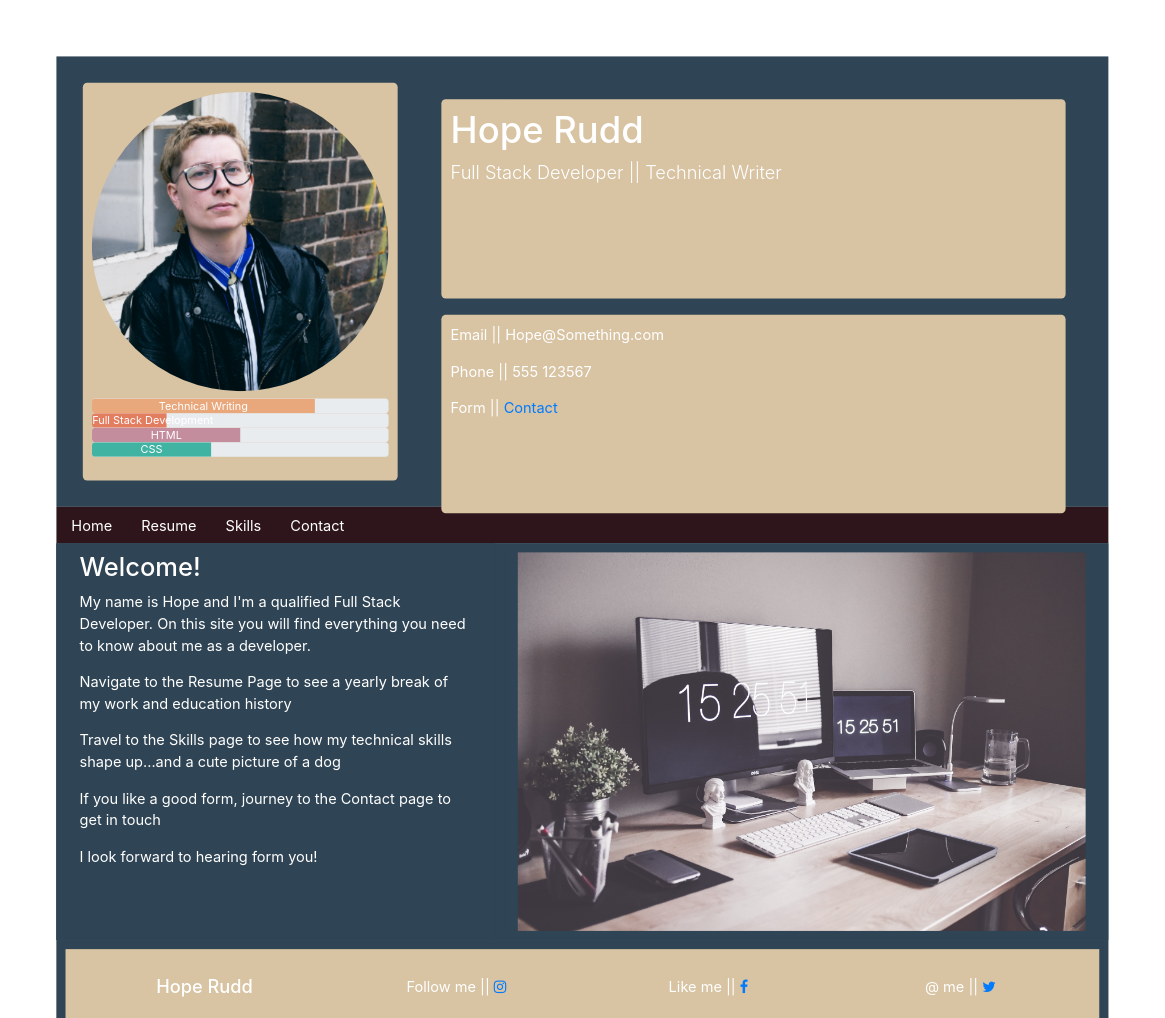
Repository: BleakTerrain/MilestoneProject-
Page: index.html
The author's editor kept a record of every edit. The page is drawn from the files as they stood at one moment, then again after the next edit.
The browser window is 1280 px wide. The pictures show the whole page, at 91% of full size.
Some web libraries are served in a nearby version.

Above is the page before.

### index.html
<html>

<head>
  <!-- Copied from UCB Resume code institue project -->

  <meta charset="UTF-8">
  <meta name="viewport" content="width=device-width, initial-scale=1.0">
  <meta http-equiv="X-UA-Compatible" content="ie=edge">
  <link rel="stylesheet" href="https://maxcdn.bootstrapcdn.com/bootstrap/4.2.1/css/bootstrap.min.css" type="text/css" />
  <link rel="stylesheet" href="https://maxcdn.bootstrapcdn.com/font-awesome/4.7.0/css/font-awesome.min.css" type="text/css" />
  <link rel="stylesheet" href="https://cdnjs.cloudflare.com/ajax/libs/hover.css/2.3.1/css/hover-min.css" type="text/css" />
  <link rel="stylesheet" href="assets/CSS/stylesheet.css" type="text/css" />
  <!-- Copied initial links end -->

  <title> Personal Portfolio</title>
</head>
<header>



</header>

<body>
<div class="intro-container">

 <!-------------------------Intro cards Started----------------------->
      <div class="row">
        <div class= "col-sm-4">
            <section class="jumbotron introtron">
          <img class="intro-image " src="BackgroundCodeInstitute.jpg" alt="Image not found">
           <div class="progress progess-index">
                <div class="progress-bar tech-writing " role="progressbar" aria-valuenow="40"
  aria-valuemin="0" aria-valuemax="100" style="width:75%">
  Technical Writing
  </div>
           </div>
            <div class="progress progess-index">
                <div class="progress-bar full-stack " role="progressbar" aria-valuenow="40"
  aria-valuemin="0" aria-valuemax="100" style="width:25%">
  Full Stack Development
  </div>
           </div>
             <div class="progress progess-index">
                <div class="progress-bar html" role="progressbar" aria-valuenow="40"
  aria-valuemin="0" aria-valuemax="100" style="width:50%">
  HTML
  </div>
           </div>
                <div class="progress progress-index">
                <div class="progress-bar css" role="progressbar" aria-valuenow="40"
  aria-valuemin="0" aria-valuemax="100" style="width: 40%">
  CSS
  </div>
           </div>
               </div>

               <div class="col-sm-8">
                 <div class="jumbotron name-card">
                <h1>Hope Rudd</h1>
                 <p class="lead ">Full Stack Developer || Technical Writer </p>
                 </div>

                  <section class= "jumbotron contact-card">
           <div class="row">
             <div class="col-sm-12">
            <p class="contact-info"> Email || Hope@Something.com</p>
            <p class="contact-info"> Phone || 555 123567</p>
            <p class="contact-info"> Form || <a href ="contact.html">Contact</a></p>
              </div>

</section>
        </section>
        </div>

      </div>
    </div>

</div>
<!-------------------------------Intro cards finished-------------------------------->
<!-------------------------------Nav bar started-------------------------------->
<!-- inspired by example at https://www.w3schools.com/bootstrap4/bootstrap_navs.asp -->
<ul class = " nav navbar-default">
            <li class="nav-item">
              <a class="nav-link" href="index.html">Home</a>
            </li>
            <li class="nav-item">
              <a class="nav-link" href="resume.html">Resume</a>
            </li>
            <li class="nav-item">
              <a class="nav-link" href="skills.html">Skills</a>
            </li>
            <li class="nav-item">
              <a class="nav-link" href="contact.html">Contact</a>
            </li>
          </ul>
<!-------------------------------Nav bar finished-------------------------------->
<!-------------------------------Bulk text started------------------------------->
    <section class="main-text container-fluid">
<div class="row">
  <div class="col-sm-5 main-text-box">
      <h3>Welcome!</h3> <i class="fas fa-door-open"></i>
      <p> My name is Hope and I'm a qualified Full Stack Developer. On this site you will find everything you need to know about me as a developer.</p>
      <p>Navigate to the Resume Page to see a yearly break of my work and education history</p>
      <p>Travel to the Skills page to see how my technical skills shape up...and a cute picture of a dog </p>
      <p>If you like a good form, journey to the Contact page to get in touch</p>
      <p> I look forward to hearing form you!</p>
  </div>
  <div class="col-sm-7 other-image-background">
<img class="other-image" src="DeskImage.jpg" alt="Image not found">
  </div>
</div>
    </section>
    </body>
<!-------------------------------Bulk text finished------------------------------->
<!-------------------------------Footer Begins------------------------------------>


<footer class="footer container-fluid">
<div class="row">
<div class="col-sm-3 footer-item">
  <h5>  Hope Rudd  </h5>
  </div>
  <div class="col-sm-3 footer-item">
      <p>Follow me || <a href = "#"> <i class="fa fa-instagram aria-hidden=true"></i></a></p>
  <span class = "sr-only">Instagram link</span>
  </div>
  <div class="col-sm-3 footer-item">
      <p> Like me || <a href = "#"> <i class="fa fa-facebook aria-hidden=true"></i></a></p>
  <span class = "sr-only">Facebook Link</span>
  </div>
    <div class="col-sm-3 footer-item">
      <p>@ me || <a href = "#"> <i class="fa fa-twitter aria-hidden=true"></i></a></p>
  <span class = "sr-only">Twitter Link</span>
  </div>
</footer>

</html>

### assets/CSS/stylesheet.css

/* Main background taken from bootstraps basics project*/
/* General theme inspiration from : https://visme.co/blog/website-color-schemes/ */

body, html {
  height: 100%;
  margin: 2.5%;

}
/* -----------------------------------Intro bar---------------*/

.intro-container
{
padding:2.5%;
background-color: #2f4454;
}
.jumbotron
{
  margin:2.5%;
 padding: 10px;
 text-align: center;
  background-color: #D8C3A3;
  color:#fff;

}
.jumbotron-header
{
  font-size:500%;

}

.introtron
{
  margin:0;
min-height: 40%;
}

.intro-image {
  padding-bottom: 2.5%;
    width: 100%;
    background-position: center;
    background-repeat: no-repeat;
    transition: all .5s ease-in-out;
    -moz-transition: all .5s ease-in-out;
    -webkit-transition: all .5s ease-in-out;
  border-radius: 50%;
  display:inline-block;
}


.contact-card
{

  text-align: left;
  height:50%;
}
.name-card
{
  text-align:left;
  font-size: x-large;
  height:50%;
}
/*-----------------------------SkillsBar-------------------*/
.skill-bars
{
 width: 100%;
 border: solid 10px #41B3A3 ;
 padding: 2.5%;
}
.progress-index
{
  margin-bottom:5%;
}
.full-stack
{
  background-color: #E27D60;
}
.tech-writing
{
  background-color: #e8a87c;
}
.html
{
  background-color: #C38D9E;
}
.css
{
  background-color: #41B3A3;
}
/*----------------------------------Nav-----------------------*/
/* There are nav-item classes per nav items because I had different plans - these got changed but I'm keeping them just incase */
.nav
{

  text-align: center;
  background-color: #2E151B;

}
.nav-link
{
  color:#fff;
}
.nav-link:hover
{
  background-color:#eed2dc ;
  color:#2E151B;
}
.nav-item-resume
{
  background-color: #D8C3A3;
}
.nav-item-skills
{
  background-color: #D8C3A3;
}
.nav-item-contact
{
  background-color: #D8C3A3;
}
/*-----------------------------Main-Text-------------------*/
.main-text
{
  background-color: #2f4454;
}

.main-text-box
{
  border: solid 10px #2f4454;
  background-color: #2f4454;
  color: #fff;
}
.other-image-background
{
border: solid 10px #2f4454;
 margin:0;
}
.other-image {

width: 100%;
  display:block;

}

.resume-main-text,
.skills-text-box,
.contact-main-text
{
  color:#2E151B;
  background-color:#fbf7f5 ;
  border: solid 10px #2f4454;
  padding:2.5% ;
}

.resume-image
{
  max-height: 50%;
   margin-top: 2.5%;
    padding-bottom: 2.5%;
    width: 100%;
    background-repeat: no-repeat;
  display:inline-block;
}

.skillsbar-main
{
margin-bottom: 2.5%;
}

.skills-link
{
font-size: 70px;
color: #2E151B;
margin-left: 15%;
}

.skills-link:hover
{
color:#eed2dc ;
}

.middle-form
{
  padding:2.5%;
  max-width:70%;
  margin: 0 auto;
}

.btn-secondary
{
  background-color:#2E151B;
}

.btn-secondary:hover
{
  background-color:#eed2dc;
}
/*-----------------------------Timeline-------------------*/
/*-- Influenced by http://www.prepbootstrap.com/bootstrap-template/timeline ---*/
.timeline {
  list-style: none;
  padding: 10px 0 10px;
  position: relative;

}
.timeline:before {
  top: 0;
  bottom: 0;
  position: absolute;
  content: " ";
  width: 3px;
  background-color: #2f4454 ;
  left: 10px;
  margin-left:-2px;
}
.timeline-item {
  margin-bottom: 10px;
  position: relative;
}

.timeline-item:before
.timeline-item:after {
  content: " ";
  display: table;
}

 .timeline-panel {
   background-color: #2f4454;
   color:#fff;
  width: 90%;
  float: center;
  border: 1px solid #d4d4d4;
  border-radius: 10px;
  padding: 10px;
  position: relative;
  margin-left: 35px;
}
.timeline-panel:before {
  position: absolute;
  display: block;
}
.timeline-panel:after {
  position: absolute;
  display: block;
}
 .timeline-badge {
  color:#2f4454 ;
  font-size: 30px;
  line-height: 25px;
  text-align: center;
  position: absolute;
  top: 16px;
  left: -7px;

}

/*------------------------------Footer---------------------*/
.footer
{ background-color: #D8C3A3;
color:#fff;
padding: 2.5%;
border: solid 10px #2f4454 ;
}
.footer-item
{
  text-align: center;
}
/*------------------------------MediaQueries-----------------*/

@media (max-width: 573px)
{
  .name-card,
  .contact-card
{
height: 100%;
}

.other-image
{
  height:100%;

}
}

After the next edit:
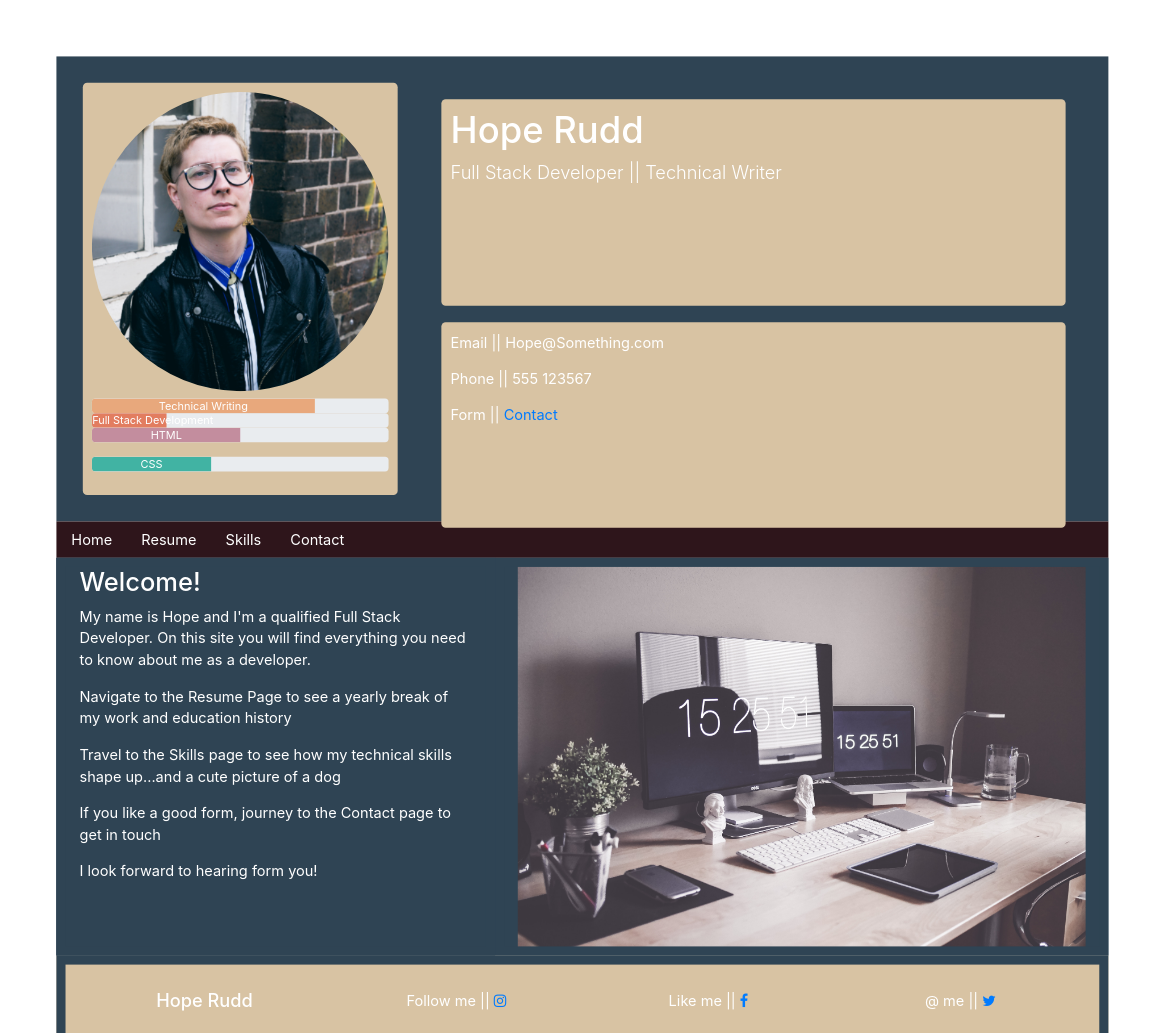
The edit:
--- a/index.html
+++ b/index.html
@@ -40,7 +40,7 @@
   Full Stack Development
   </div>
            </div>
-             <div class="progress progess-index">
+             <div class="progress progress-index">
                 <div class="progress-bar html" role="progressbar" aria-valuenow="40"
   aria-valuemin="0" aria-valuemax="100" style="width:50%">
   HTML
